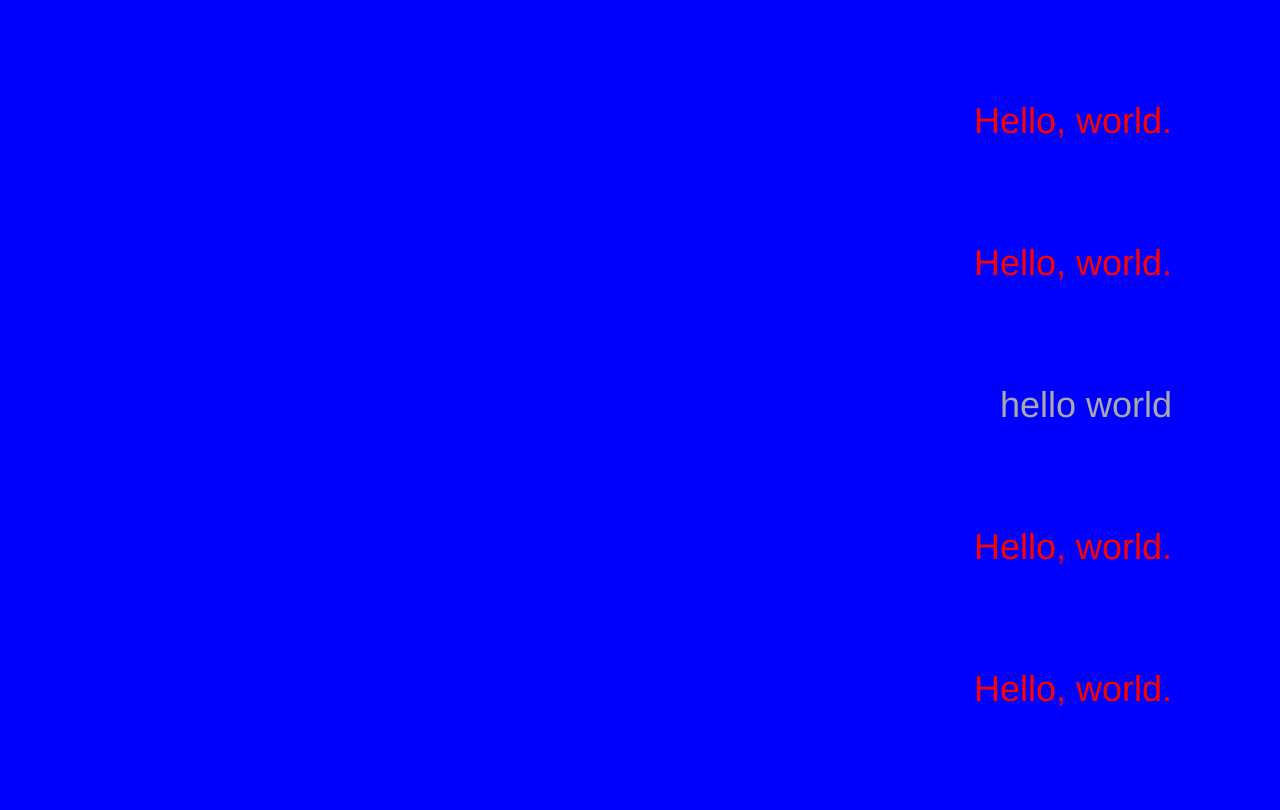
Repository: simj959/simj959.github.io
Page: index.html
The author's editor kept a record of every edit. The page is drawn from the files as they stood at one moment, then again after the next edit.
The browser window is 1280 px wide. The pictures show the whole page.

Above is the page before.

### index.html
<!DOCTYPE html>
<html>
	<head>
		<title>Hello, world.</title>
		<link href="style.css" rel="stylesheet">
	</head>
	<body>



		<p>Hello, world.</p>
		<p>Hello, world.</p>
		<p class="paragrph2">hello world</p>
		<p>Hello, world.</p>
		<p>Hello, world.</p>


	</body>
</html>

### style.css
body {
    background-color: blue;
    color: red;
    font-size: 36px;
    font-family: Helvetica, Arial, sans-serif;
    text-align: right;
}

p {
    margin: 100px;

}

.paragrph2 {
    color: #a9a9a9;
}

.one {
    width: 200px;
    height: 200px;
    background-color: yellow;
    position: absolute;
    bottom: 20px;
    right: 100px;
border-radius: 100px;


}

a:link {
    color: white;
    text-decoration: none;
}

a:visited {
    color: black;

}
a:hover {

}
}

After the next edit:
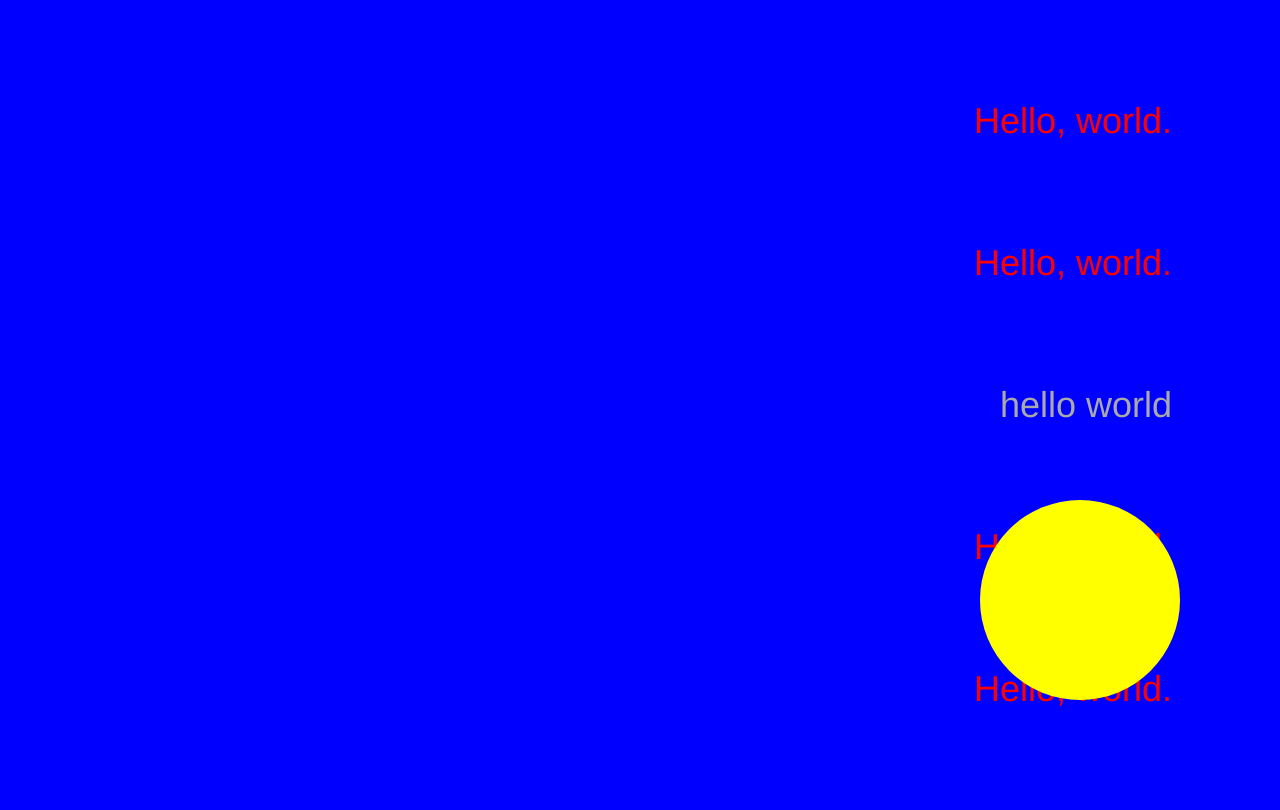
The edit:
--- a/index.html
+++ b/index.html
@@ -5,7 +5,10 @@
 		<link href="style.css" rel="stylesheet">
 	</head>
 	<body>
+<div class ="one">
 
+
+</div>
 
 
 		<p>Hello, world.</p>
